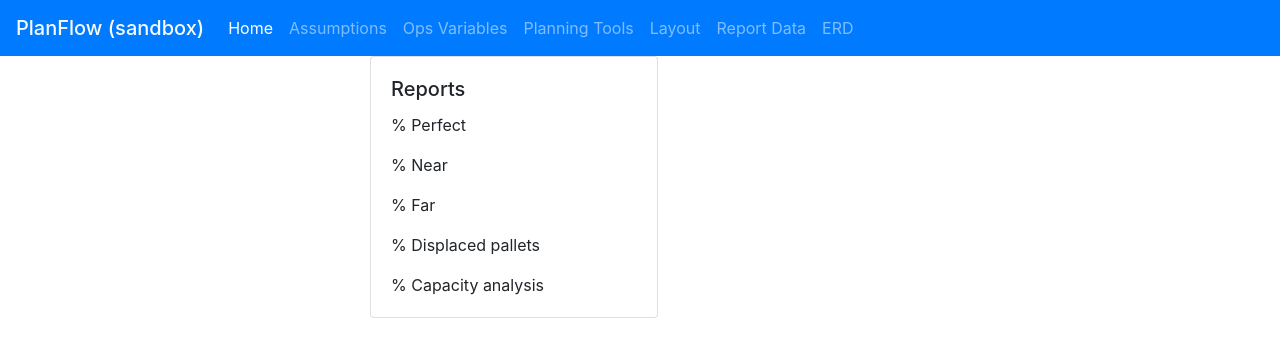
Repository: gholler76/planflow
Page: http://localhost/planflow/WEB-INF/reportdata.jsp
These files come from the project's save history. The page is drawn as it stood at one moment and after the next save; the edit follows.
The browser window is 1280 px wide. The pictures show the whole page.
The page is served by Tomcat 9. Nobody is signed in. Other server files are loaded and not shown. The template is opened directly, without the code that normally fills it, so the values that code supplies are empty.

Above is the page before, as saved 2021-05-28 20:06:23.

### planflow/src/main/webapp/WEB-INF/reportdata.jsp
<%@ page language="java" contentType="text/html; charset=UTF-8" pageEncoding="UTF-8"%>
<%@ taglib prefix="c" uri="http://java.sun.com/jsp/jstl/core"%>
<%@ taglib prefix="form" uri="http://www.springframework.org/tags/form"%>
<%@ page isErrorPage="true"%>
<%@ taglib prefix="fmt" uri="http://java.sun.com/jsp/jstl/fmt" %>
<%@ taglib prefix="fn" uri="http://java.sun.com/jsp/jstl/functions" %>

<!DOCTYPE html>
<html>
<head>
    <meta charset="UTF-8">
    <title>PlanFlow</title>
    <script src="https://code.jquery.com/jquery-3.5.1.slim.min.js" integrity="sha384-DfXdz2htPH0lsSSs5nCTpuj/zy4C+OGpamoFVy38MVBnE+IbbVYUew+OrCXaRkfj" crossorigin="anonymous"></script>
	<script src="https://cdn.jsdelivr.net/npm/bootstrap@4.6.0/dist/js/bootstrap.bundle.min.js" integrity="sha384-Piv4xVNRyMGpqkS2by6br4gNJ7DXjqk09RmUpJ8jgGtD7zP9yug3goQfGII0yAns" crossorigin="anonymous"></script>
    <link rel="stylesheet" href="https://cdn.jsdelivr.net/npm/bootstrap@4.6.0/dist/css/bootstrap.min.css" integrity="sha384-B0vP5xmATw1+K9KRQjQERJvTumQW0nPEzvF6L/Z6nronJ3oUOFUFpCjEUQouq2+l" crossorigin="anonymous">
</head>
<body>
<nav class="navbar navbar-expand-lg navbar-dark bg-primary">
	    <span class="navbar-brand text-light mb-0 h1">PlanFlow (sandbox)</span>
	  <button class="navbar-toggler" type="button" data-toggle="collapse" data-target="#navbarNavAltMarkup" aria-controls="navbarNavAltMarkup" aria-expanded="false" aria-label="Toggle navigation">
	    <span class="navbar-toggler-icon"></span>
	  </button>
	  <div class="collapse navbar-collapse" id="navbarNavAltMarkup">
	    <div class="navbar-nav">
	      <a class="nav-link active" href="/">Home <span class="sr-only">(current)</span></a>
	      <a class="nav-link" href="/assumptions">Assumptions</a>
	      <a class="nav-link" href="/opsvariables">Ops Variables</a>
	      <a class="nav-link" href="/planningtools">Planning Tools</a>
	      <a class="nav-link" href="/layout">Layout</a>
	      <a class="nav-link" href="reportdata">Report Data</a>
	      <a class="nav-link" href="/erd">ERD</a>
	    </div>
	  </div>
	</nav>
	<div class="container">
		<div class="row justify-content-center">
    		<div class="col-6">
    			<div class="card" style="width: 18rem;">
  					<div class="card-body">
					    <h5 class="card-title">Reports</h5>
					    <p class="card-text">% Perfect</p>
					    <p class="card-text">% Near</p>
					    <p class="card-text">% Far</p>
					    <p class="card-text">% Displaced pallets</p>
					    <p class="card-text">% Capacity analysis</p>
				  	</div>
				</div>
   	 		</div>
    	</div>
	</div>

</body>
</html>

After the next save:
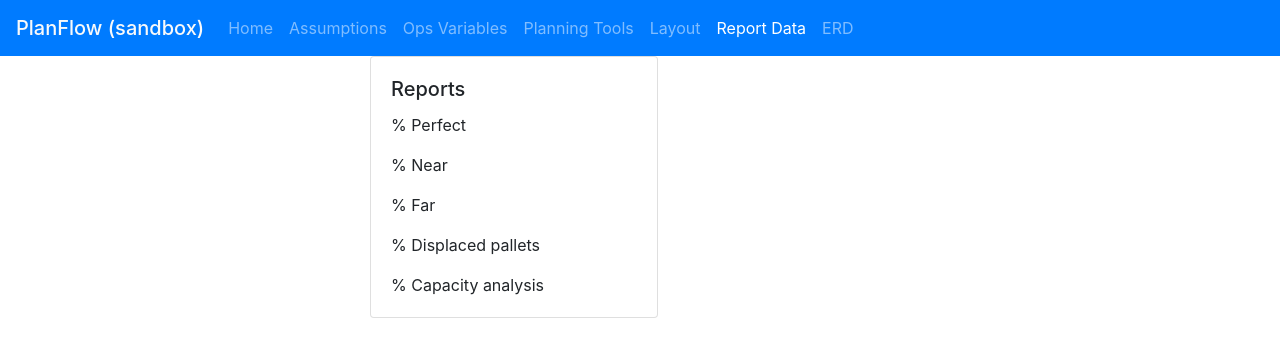
Saved 28 s later.
--- a/planflow/src/main/webapp/WEB-INF/reportdata.jsp
+++ b/planflow/src/main/webapp/WEB-INF/reportdata.jsp
@@ -22,12 +22,12 @@
 	  </button>
 	  <div class="collapse navbar-collapse" id="navbarNavAltMarkup">
 	    <div class="navbar-nav">
-	      <a class="nav-link active" href="/">Home <span class="sr-only">(current)</span></a>
+	      <a class="nav-link" href="/">Home </a>
 	      <a class="nav-link" href="/assumptions">Assumptions</a>
 	      <a class="nav-link" href="/opsvariables">Ops Variables</a>
 	      <a class="nav-link" href="/planningtools">Planning Tools</a>
 	      <a class="nav-link" href="/layout">Layout</a>
-	      <a class="nav-link" href="reportdata">Report Data</a>
+	      <a class="nav-link active" href="reportdata">Report Data<span class="sr-only">(current)</span></a>
 	      <a class="nav-link" href="/erd">ERD</a>
 	    </div>
 	  </div>
